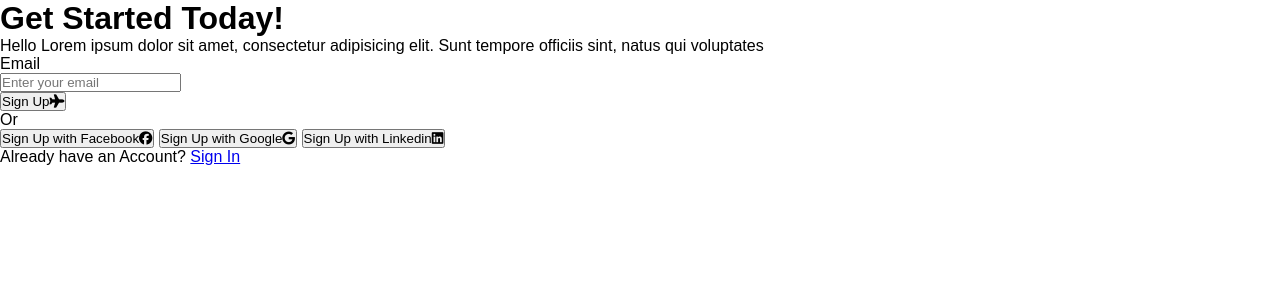
Repository: Femi007-gh/Login-V2
Page: index.html
These files come from the project's save history. The page is drawn as it stood at one moment and after the next save; the edit follows.
The browser window is 1280 px wide. The pictures show the whole page.

Above is the page before, as saved 2025-01-27 06:53:52.

### index.html
<html>
    <head>
        <title></title>
  <link rel="stylesheet" href="style.css">
  <link rel="stylesheet" href="https://cdnjs.cloudflare.com/ajax/libs/font-awesome/6.5.0/css/all.min.css">
    </head>
    <body>
        <div class="container">
            <div class="left-session">
                <div class="form-container">
                    <h1>Get Started Today!</h1>
                    <p> Hello Lorem ipsum dolor sit amet, consectetur adipisicing elit. Sunt tempore officiis sint, natus qui voluptates </p>
                    <form>
                        <div class="input-group">
                            <p>Email</p>
                            <input type="email" id="email" placeholder="Enter your email" required>
                        </div>
                        <button class="primary-btn" type="submit">Sign Up<i class="fa-solid fa-plane"></i></button>
                    </form>
                    <p class="divider">Or</p>
                    <div class="social-buttons">
                        <button class="social-buttons-facebook-btn">
                            Sign Up with Facebook<i class="fa-brands fa-facebook"></i>
                        </button>
                        <button class="social-buttons-google-btn">
                            Sign Up with Google<i class="fa-brands fa-google"></i>
                        </button>
                        <button class="social-buttons-Linkedin-btn">
                            Sign Up with Linkedin<i class="fa-brands fa-linkedin"></i>
                        </button>
                    </div>
                    <p>Already have an Account? <a href="#">Sign In</a></p>
                </div>
            </div>
            <div class="right-section"></div>
        </div>
    </body>
</html>

### style.css
* {
   padding: 0;
   margin: 0;
   box-sizing: border-box;
}

body {
    font-family: sans-serif;
    background-color: #fff;
    display: flex;
    justify-content
}

.container {
  display: flex;
}

After the next save:
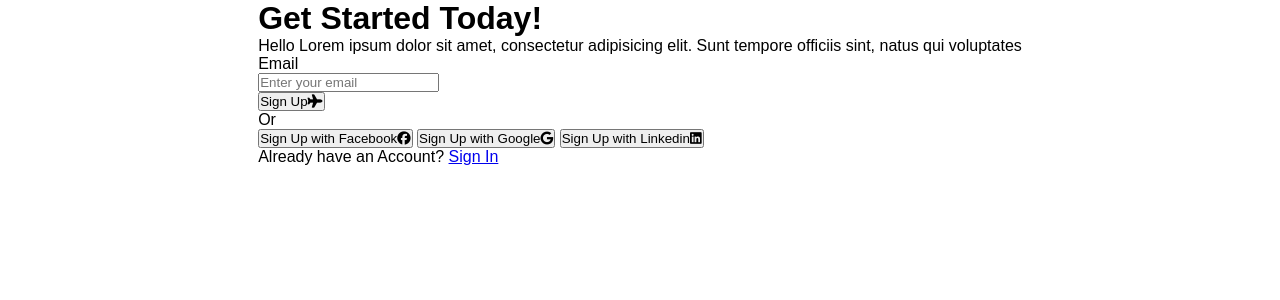
Saved 6 s later.
--- a/style.css
+++ b/style.css
@@ -8,7 +8,7 @@ body {
     font-family: sans-serif;
     background-color: #fff;
     display: flex;
-    justify-content
+    justify-content: center;
 }
 
 .container {
